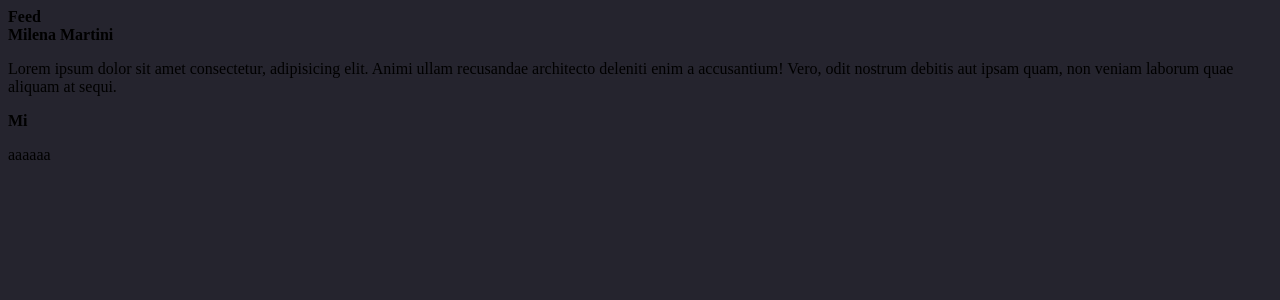
Repository: MilenaMartini/IgniteRckReactJs
Page: /
An editor plug-in stored every save of this project. The page is shown before and after the next save, followed by the edit.
The browser window is 1280 px wide. The pictures show the whole page.
The project was rebuilt for these pictures with package versions that can differ from the ones it lists, and the page was loaded fresh each time. Also part of the build but not shown: vite.config.js.

Above is the page before, as saved 2023-04-14 13:36:30.

### src/App.jsx
import { Post } from "./Post"
import {Header} from "./components/Header"
import "./styles.css"

function App() {

  return (
    <div>
    <Header  />

   <Post
   author="Milena Martini"
   content="Lorem ipsum dolor sit amet consectetur, adipisicing elit. Animi ullam recusandae architecto deleniti enim a accusantium! Vero, odit nostrum debitis aut ipsam quam, non veniam laborum quae aliquam at sequi."
   />

   <Post
      author="Mi"
      content="aaaaaa"
    />
   </div>
  )
}
export default App

### src/Post.jsx
export function Post(props) {
  return (
  <div>
    <strong>{props.author}</strong>
    <p>{props.content}</p>
  </div>
    )
}

### src/components/Header.jsx
import React from "react";
import Style from './Header.module.css';

export function Header() {
  return(
    <strong className={Style.header}>Feed</strong>
  );
}

### src/styles.css
body{
  background-color: #25242e;
}

### src/components/Header.module.css
.header{
    background-color: #252410e;
    height: 80px;
}

Loaded but not shown: index.html (common file); src/main.jsx (common file)

After the next save:
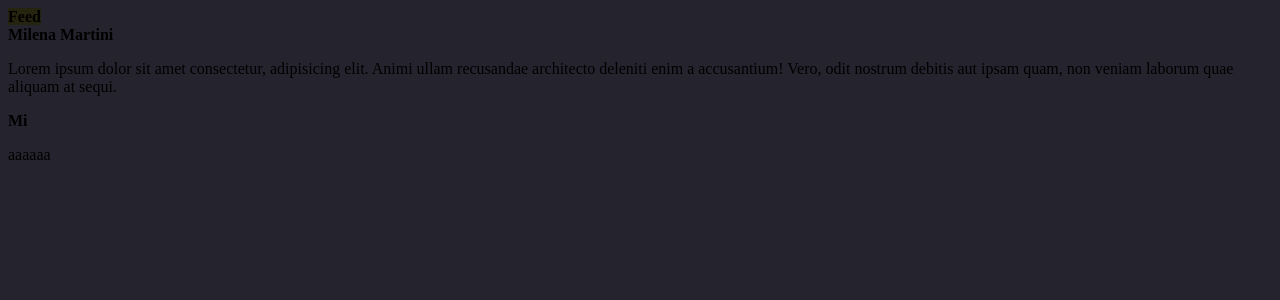
Saved 7 s later.
--- a/src/components/Header.module.css
+++ b/src/components/Header.module.css
@@ -1,4 +1,4 @@
 .header{
-    background-color: #252410e;
+    background-color: #25240e;
     height: 80px;
 }
